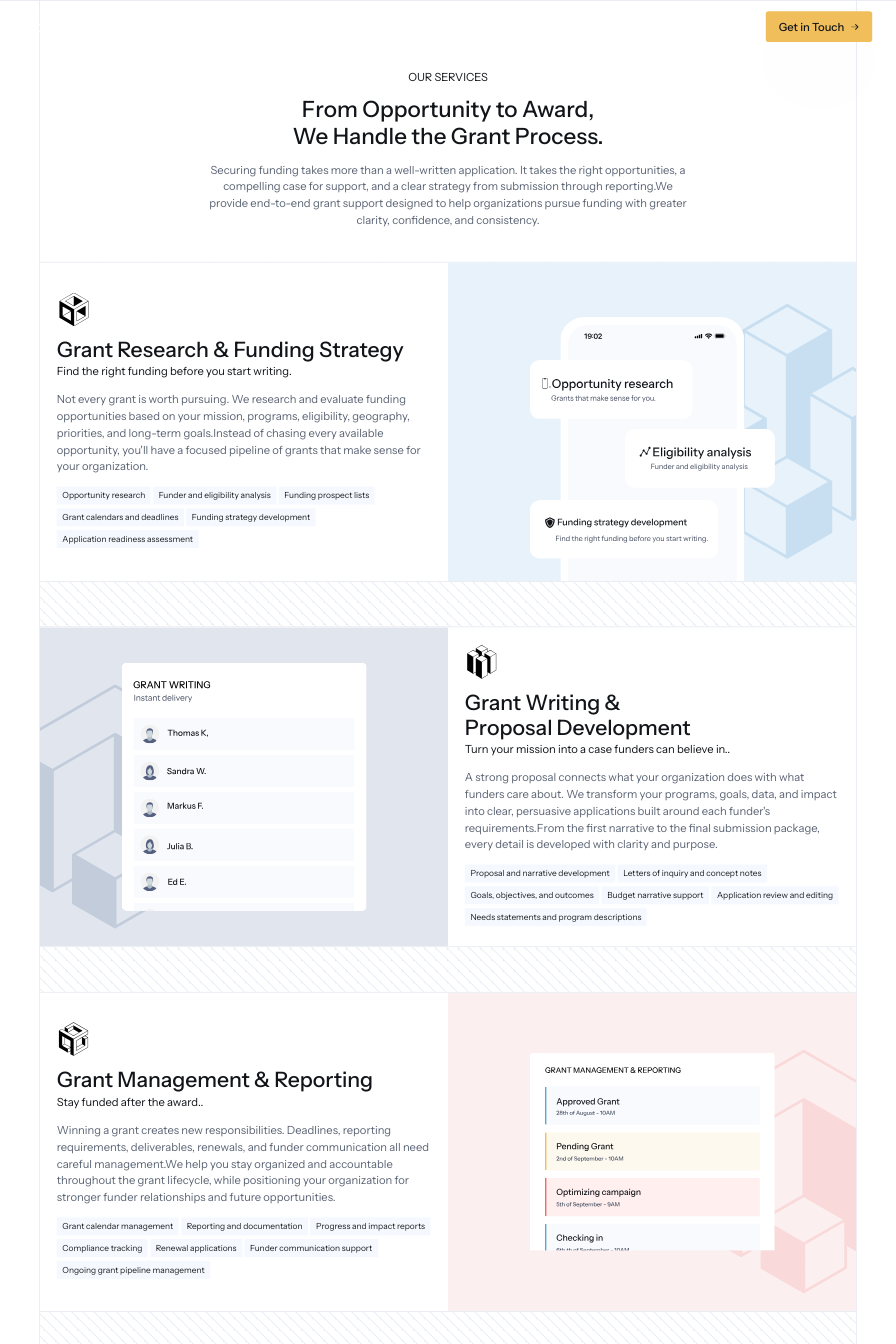
Repository: Ajeyinka/Upgrowth
Page: about.html
These files come from the project's save history. The page is drawn as it stood at one moment and after the next save; the edit follows.
The browser window is 1280 px wide. The pictures show the part of the page from y = 0 to 1920 px (the page is 4089 px tall before and 4867 px after), at 70% of full size.

Above is the page before, as saved 2026-09-24 18:36:54.

### about.html
<!doctype html>
<html lang="en">
  <head>
    <meta charset="UTF-8" />
    <meta name="viewport" content="width=device-width, initial-scale=1.0" />
     <meta
      name="description"
      content="Granted Advisors specialize in helping you scale your impact and secure resources they need to fulfill their mission"
    />
    <meta name="author" content="designer_0layinka" />
    <meta name="robots" content="index, follow" />
    <title>UpGrowth Consulting | grant writing service</title>
    <link rel="stylesheet" href="styles.css" />
    <link rel="icon" type="image/svg" href="images/logo.svg">
     <script src="script.js" defer></script>
  </head>
  <body>

    <nav class="navbar">
      <div class="nav-wrapper">
        <a class="logo" href="/">
           Hope Consults
        </a>

      <ul class="nav-list">
        <li><a href="#about">About Us</a></li>
        <li><a href="#services">Services</a></li>
        <li><a href="#approach">Approach</a></li>
        <li><a href="#faq">Faq</a></li>
      </ul>
      <div class="btn-wrap">
        <a href="contact.html" class="primary-btn"
          >Get in Touch
           <svg xmlns:xlink="http://www.w3.org/1999/xlink"  width="100%" height="100%" viewBox="0 0 16 17" fill="currentColor" xmlns="http://www.w3.org/2000/svg">
<path opacity="0.5" d="M2.66659 8C2.53398 8 2.4068 8.05268 2.31303 8.14645C2.21926 8.24021 2.16659 8.36739 2.16659 8.5C2.16659 8.63261 2.21926 8.75978 2.31303 8.85355C2.4068 8.94732 2.53398 9 2.66659 9L2.66659 8ZM2.66659 9L13.3333 9L13.3333 8L2.66659 8L2.66659 9Z" fill="currentColor"></path>
<path d="M13.9152 8.02637C14.1555 8.32095 14.138 8.75567 13.8634 9.03028L9.86341 13.0303C9.57051 13.3232 9.09575 13.3232 8.80286 13.0303C8.50997 12.7374 8.50997 12.2626 8.80286 11.9697L12.2726 8.5L8.80286 5.03028C8.50997 4.73738 8.50997 4.26262 8.80286 3.96973C9.09575 3.67684 9.57052 3.67684 9.86341 3.96973L13.8634 7.96973L13.9152 8.02637Z" fill="currentColor"></path>
</svg>
        </a>
      </div>
      <div class="btn-toggle-hold">
              <a href="#" class="toggle_button" id="toggle_button">
                <span class="bar one"></span>
                <span class="bar two"></span>
                <span class="bar three"></span>
              </a>

            </div>

    </nav>
    <main>


        <section class="service-section" id="services">
          <div class="container_large">
             <div class="padding_globe">
              <div class="service-component">
                 <div class="section-top">
                  <div class="section-top-text">
                        <div class="eye-brow">OUR SERVICES</div>
                        <h2>From Opportunity to Award, We Handle the Grant Process.</h2>
                         <p>Securing funding takes more than a well-written application. It takes the right opportunities, a compelling case for support, and a clear strategy from submission through reporting.We provide end-to-end grant support designed to help organizations pursue funding with greater clarity, confidence, and consistency.</p>
                  </div>

                 </div>
                 <div class="section-content">
                   <div class="two-col-grid">
                     <div class="grid-text">
                      <img src="images/grant.svg" alt="" srcset="">
                      <div>
                        <h3>Grant Research & Funding Strategy</h3>
                       <div class="eye-brow">Find the right funding before you start writing.</div>
                      </div>
                       <p>Not every grant is worth pursuing. We research and evaluate funding opportunities based on your mission, programs, eligibility, geography, priorities, and long-term goals.Instead of chasing every available opportunity, you'll have a focused pipeline of grants that make sense for your organization.</p>
                        <div class="tags">
                        <div class="tag">Opportunity research</div>
                        <div class="tag">Funder and eligibility analysis</div>
                        <div class="tag">Funding prospect lists</div>
                        <div class="tag">Grant calendars and deadlines</div>
                        <div class="tag">Funding strategy development</div>
                        <div class="tag">Application readiness assessment</div>
                       </div>
                     </div>
                     <div class="grid-image">
                      <img src="images/firstbg.svg" alt="" srcset="">
                      <img src="images/grand-research.svg" alt="" srcset="" class=" rsh">
                    </div>
                   </div>
                    <div class="two-col-grid">

                     <div class="grid-image">
                      <img src="images/secondbg.svg" alt="" srcset="">
                      <img src="images/grantwrite.svg" alt="" srcset="" class="top">
                    </div>
                    <div class="grid-text">
                      <img src="images/grant2.svg" alt="" srcset="">
                      <div>
                        <h3>Grant Writing & Proposal Development</h3>
                       <div class="eye-brow">Turn your mission into a case funders can believe in..</div>
                      </div>
                       <p>A strong proposal connects what your organization does with what funders care about. We transform your programs, goals, data, and impact into clear, persuasive applications built around each funder's requirements.From the first narrative to the final submission package, every detail is developed with clarity and purpose.</p>
                        <div class="tags">
                        <div class="tag">Proposal and narrative development</div>
                        <div class="tag">Letters of inquiry and concept notes</div>
                        <div class="tag">Goals, objectives, and outcomes</div>
                        <div class="tag">Budget narrative support</div>
                        <div class="tag">Application review and editing</div>
                        <div class="tag">Needs statements and program descriptions</div>
                       </div>
                     </div>
                   </div>
                    <div class="two-col-grid">
                     <div class="grid-text">
                      <img src="images/grant3.svg" alt="" srcset="">
                       <div>
                        <h3>Grant Management & Reporting</h3>
                       <div class="eye-brow">Stay funded after the award..</div>
                      </div>
                       <p>Winning a grant creates new responsibilities. Deadlines, reporting requirements, deliverables, renewals, and funder communication all need careful management.We help you stay organized and accountable throughout the grant lifecycle, while positioning your organization for stronger funder relationships and future opportunities.</p>
                       <div class="tags">
                        <div class="tag">Grant calendar management</div>
                        <div class="tag">Reporting and documentation</div>
                        <div class="tag">Progress and impact reports</div>
                        <div class="tag">Compliance tracking</div>
                        <div class="tag">Renewal applications</div>
                        <div class="tag">Funder communication support</div>
                        <div class="tag">Ongoing grant pipeline management</div>
                       </div>
                     </div>
                     <div class="grid-image">
                      <img src="images/thirdbg.svg" alt="" srcset="">
                      <img src="images/grantmanage.svg" alt="" srcset="" class="top">
                    </div>
                   </div>
                 </div>
              </div>
             </div>
          </div>
        </section>
        <section class="approach-section" id="approach">
          <div class="container_large">
             <div class="padding_globe">
              <div class="service-component">
                <div class="section-top">
                  <div class="section-top-text">
                        <div class="eye-brow">OUR APPROACH</div>
                        <h2>The Right Grant.The Right Story.The Right Strategy.</h2>
                         <p>Successful grant funding starts long before the application and continues after the award. Our approach brings research, strategy, writing, and grant management together into one clear process, so every opportunity you pursue has purpose behind it.</p>
                  </div>

                 </div>
                 <div class="section-content">
                   <div class="three-col-grid">
                     <div class="approach-card">
                       <img src="images/grant4.svg" alt="">
                       <div>
                         <div class="eyebrow">DISCOVER</div>
                        <h3>We Start With Your Mission.</h3>
                       </div>
                       <p>Before we search for funding, we take the time to understand your organization, programs, goals, community, and funding priorities. This gives us the foundation to identify opportunities that truly align with the work you do.</p>
                       <div class="eyebrow">Understand the mission. Define the need. Set the direction.</div>
                     </div>
                     <div class="approach-card">
                       <img src="images/grant5.svg" alt="">
                       <div>
                         <div class="eyebrow">RESEARCH</div>
                         <h3>We Find the Right Opportunities.</h3>
                       </div>
                       <p>More grants don't always mean more funding. We research and qualify opportunities based on eligibility, alignment, funding priorities, deadlines, and your likelihood of being a strong candidate.</p>
                        <div class="eyebrow">Less chasing. More strategic opportunities.</div>
                     </div>
                      <div class="approach-card">
                       <img src="images/grant6.svg" alt="">
                       <div>
                         <div class="eyebrow">DEVELOP</div>
                         <h3>We Build a Compelling Case.</h3>
                       </div>
                       <p>We turn your programs, impact, data, and vision into a clear proposal tailored to each funder. Every application is developed to communicate not only what you need, but why your work deserves investment.</p>
                        <div class="eyebrow">Clear narratives. Strong applications. Funder-focused storytelling.</div>
                     </div>
                      <div class="approach-card">
                       <img src="images/grant.svg" alt="">
                       <div>
                         <div class="eyebrow">SUPPORT</div>
                         <h3>We Stay With You Beyond Submission.</h3>
                       </div>
                       <p>Our work doesn't have to end when you hit submit. We can help manage your grant pipeline, reporting requirements, renewals, deadlines, and future opportunities, giving you a more consistent approach to funding.</p>
                        <div class="eyebrow">From first opportunity to long-term funding strategy.</div>
                     </div>


                   </div>
                 </div>
              </div>

             </div>
          </div>
        </section>


        <section class="cta-section rel" id="cta">
          <div class="container_large">
             <div class="padding_globe">
                  <img src="images/bg.svg" alt="" class="bg">
                  <img src="images/bg1.svg" alt="" class="bg2">
                  <div class="cta-component">
                      <h2>Ready to discuss your funding needs?</h2>
                      <p>Schedule a Sales Discovery Call today!</p>
                       <div class="btn-wrapper">
                        <a href="contact.html" class="primary-btn"
                          >Get Grant Support
                           <svg xmlns:xlink="http://www.w3.org/1999/xlink"  width="100%" height="100%" viewBox="0 0 16 17" fill="currentColor" xmlns="http://www.w3.org/2000/svg">
                              <path opacity="0.5" d="M2.66659 8C2.53398 8 2.4068 8.05268 2.31303 8.14645C2.21926 8.24021 2.16659 8.36739 2.16659 8.5C2.16659 8.63261 2.21926 8.75978 2.31303 8.85355C2.4068 8.94732 2.53398 9 2.66659 9L2.66659 8ZM2.66659 9L13.3333 9L13.3333 8L2.66659 8L2.66659 9Z" fill="currentColor"></path>
                              <path d="M13.9152 8.02637C14.1555 8.32095 14.138 8.75567 13.8634 9.03028L9.86341 13.0303C9.57051 13.3232 9.09575 13.3232 8.80286 13.0303C8.50997 12.7374 8.50997 12.2626 8.80286 11.9697L12.2726 8.5L8.80286 5.03028C8.50997 4.73738 8.50997 4.26262 8.80286 3.96973C9.09575 3.67684 9.57052 3.67684 9.86341 3.96973L13.8634 7.96973L13.9152 8.02637Z" fill="currentColor"></path>
                          </svg>
                        </a>
                      </div>
                  </div>
             </div>
          </div>
        </section>

    </main>
      <footer>
             <div class="container_large">
               <div class="padding_globe">
                    <div class="footer-component">
                      <div class="col">
                        <img src="images/footerlogo.svg" alt="">
                        <p>Scale your funding opportunities</p>
                      </div>
                      <div class="col">
                        <h4>Navigate</h4>
                        <ul class="footer-links">
                            <li><a href="index.html#about">About Us</a></li>
                            <li><a href="index.html#services">Services</a></li>
                            <li><a href="index.html#approach">Approach</a></li>
                            <li><a href="contact.html">Get in Touch</a></li>
                        </ul>
                      </div>
                      <div class="col">
                        <h4>Services</h4>
                        <ul class="footer-links">
                            <li><a href="index.html#services">Grant Writing</a></li>
                            <li><a href="index.html#services">Grant Research</a></li>
                            <li><a href="index.html#services">Grant Management</a></li>
                            </ul>
                      </div>
                      <div class="col">
                        <h4>Legal</h4>
                        <ul class="footer-links">
                            <li><a href="privacy.html">Privacy notice</a></li>
                            <li><a href="cookie-policy.html">cookie policy</a></li>
                            <li><a href="contact.html">Contact Us</a></li>
                        </ul>
                      </div>
                      <div class="footer-btm">
                        <p>© 2024 UpGrowth.</p>
                      </div>
                    </div>
             </div>
        </footer>
  </body>
</html>

Loaded but not shown: images/grand-research.svg (58 lines, source omitted); images/grantmanage.svg (52 lines, source omitted); images/grantwrite.svg (95 lines, source omitted); images/footerlogo.svg (25 lines, source omitted); images/bg1.svg (4 lines, source omitted); images/bg.svg (5 lines, source omitted); images/grant4.svg (5 lines, source omitted); images/grant3.svg (3 lines, source omitted); images/grant5.svg (3 lines, source omitted); images/grant6.svg (3 lines, source omitted); images/grant2.svg (3 lines, source omitted); images/grant.svg (5 lines, source omitted); images/secondbg.svg (11 lines, source omitted); images/thirdbg.svg (4 lines, source omitted); script.js (76 lines, source omitted); styles.css (1070 lines, source omitted)

After the next save:
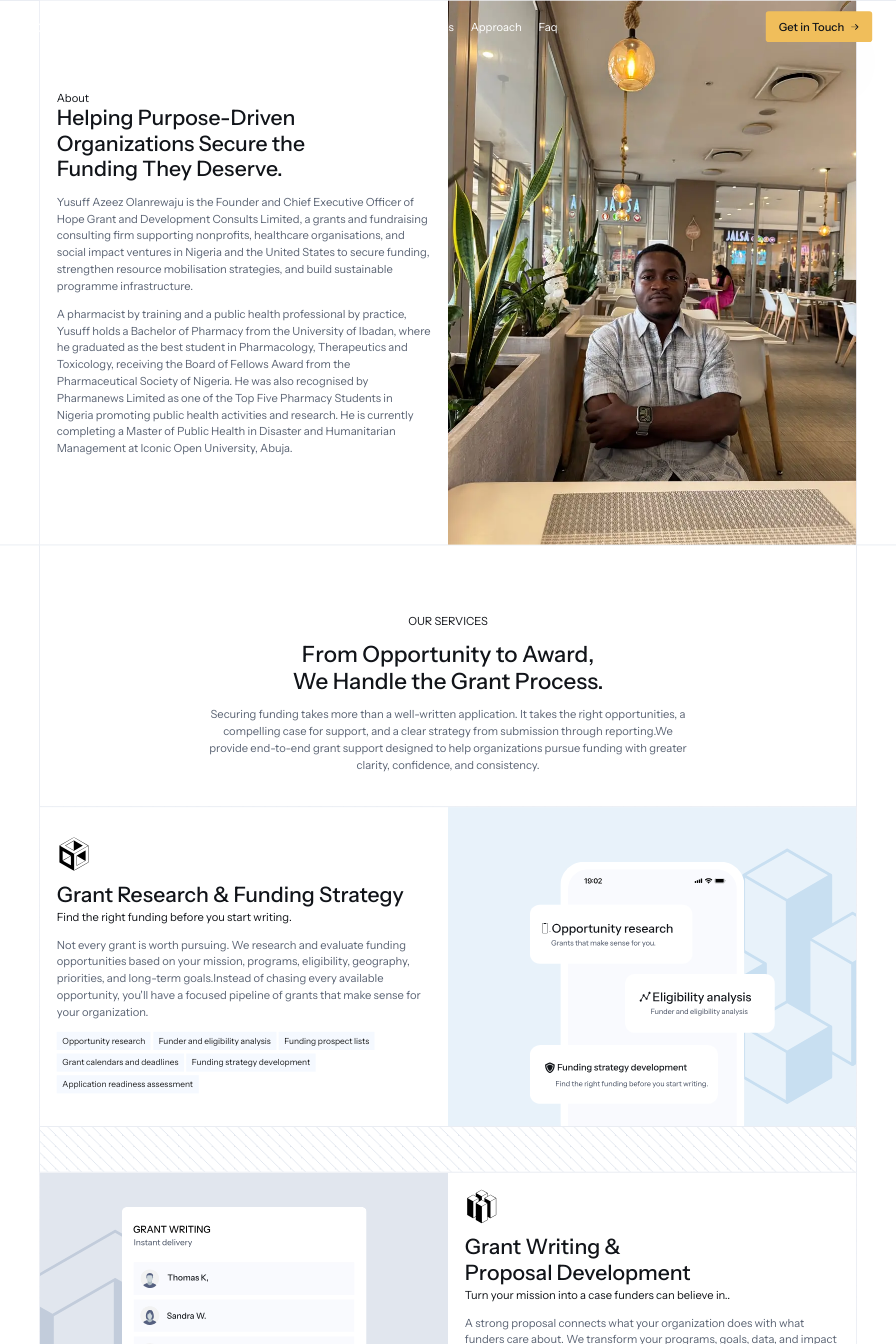
Saved 9 s later.
--- a/about.html
+++ b/about.html
@@ -48,7 +48,42 @@
 
     </nav>
     <main>
-
+         <section class="about-section" id="about">
+  <div class="container_large">
+    <div class="padding_globe">
+      <div class="service-component">
+        <div class="section-conten">
+          <div class="two-col-grid">
+            <div class="grid-text">
+              <div>
+                <div class="eye-brow">About</div>
+
+                <h2>
+                  Helping Purpose-Driven Organizations Secure the Funding They
+                  Deserve.
+                </h2>
+              </div>
+
+              <p>
+                Yusuff Azeez Olanrewaju is the Founder and Chief Executive Officer of Hope Grant and Development Consults Limited, a grants and fundraising consulting firm supporting nonprofits, healthcare organisations, and social impact ventures in Nigeria and the United States to secure funding, strengthen resource mobilisation strategies, and build sustainable programme infrastructure.
+
+
+
+              </p>
+              <p>A pharmacist by training and a public health professional by practice, Yusuff holds a Bachelor of Pharmacy from the University of Ibadan, where he graduated as the best student in Pharmacology, Therapeutics and Toxicology, receiving the Board of Fellows Award from the Pharmaceutical Society of Nigeria. He was also recognised by Pharmanews Limited as one of the Top Five Pharmacy Students in Nigeria promoting public health activities and research. He is currently completing a Master of Public Health in Disaster and Humanitarian Management at Iconic Open University, Abuja.</p>
+            </div>
+
+            <div class="grid-image">
+              <img src="images/consult.webp" alt="" />
+            </div>
+          </div>
+
+
+        </div>
+      </div>
+    </div>
+  </div>
+</section>
 
         <section class="service-section" id="services">
           <div class="container_large">
